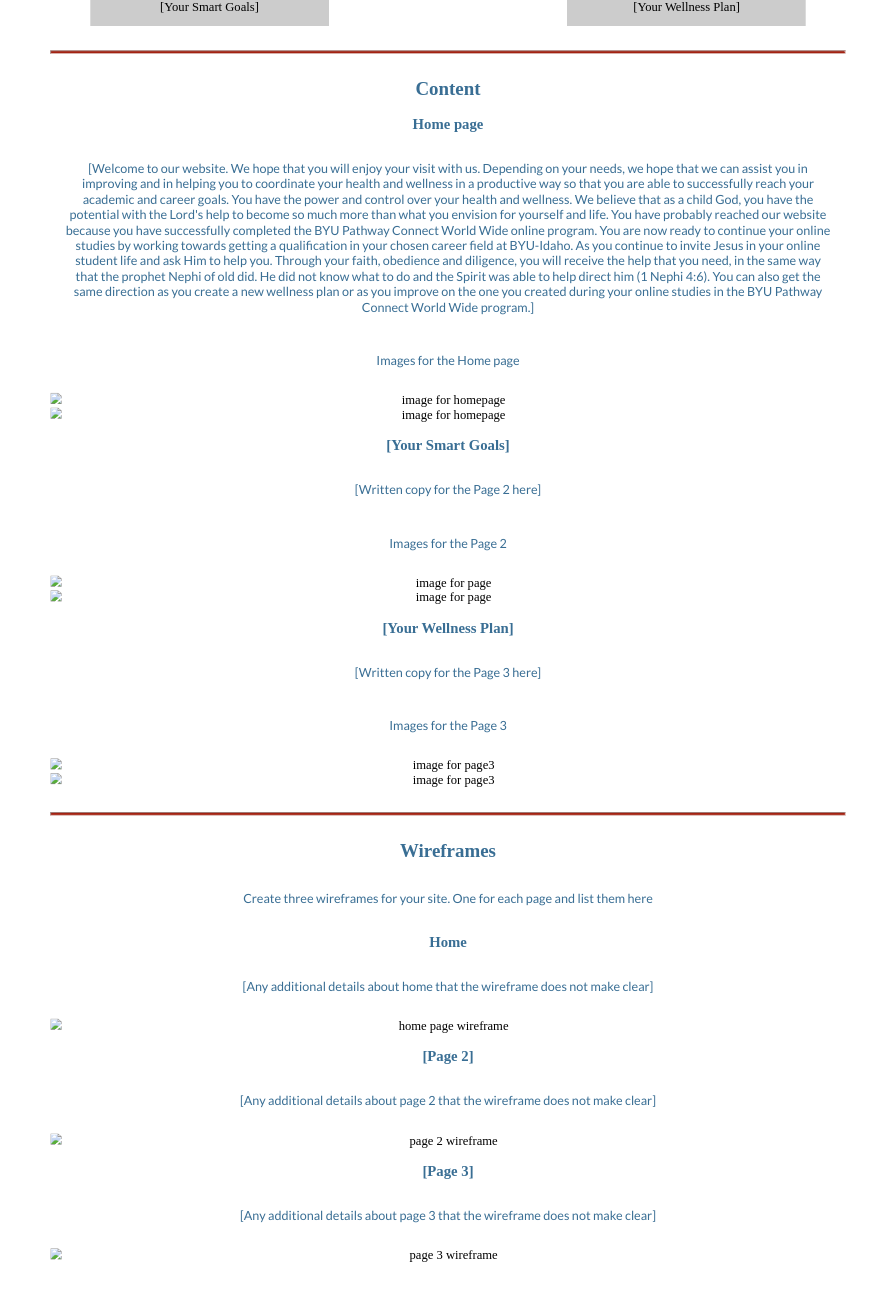
Repository: mszakutumela/wdd130
Page: wellness_plan/site-plan.html
The author's editor kept a copy of each file at every save. The page is drawn from the files as they stood at one save, then again after the next save.
The browser window is 1280 px wide. The pictures show the part of the page from y = 2583 to 4503 px (the page is 4459 px tall before and 4503 px after), at 70% of full size.
Some web fonts or font styles are not loaded; a fallback is used.

Above is the page before, as saved 2023-07-14 22:36:20.

After the next save:
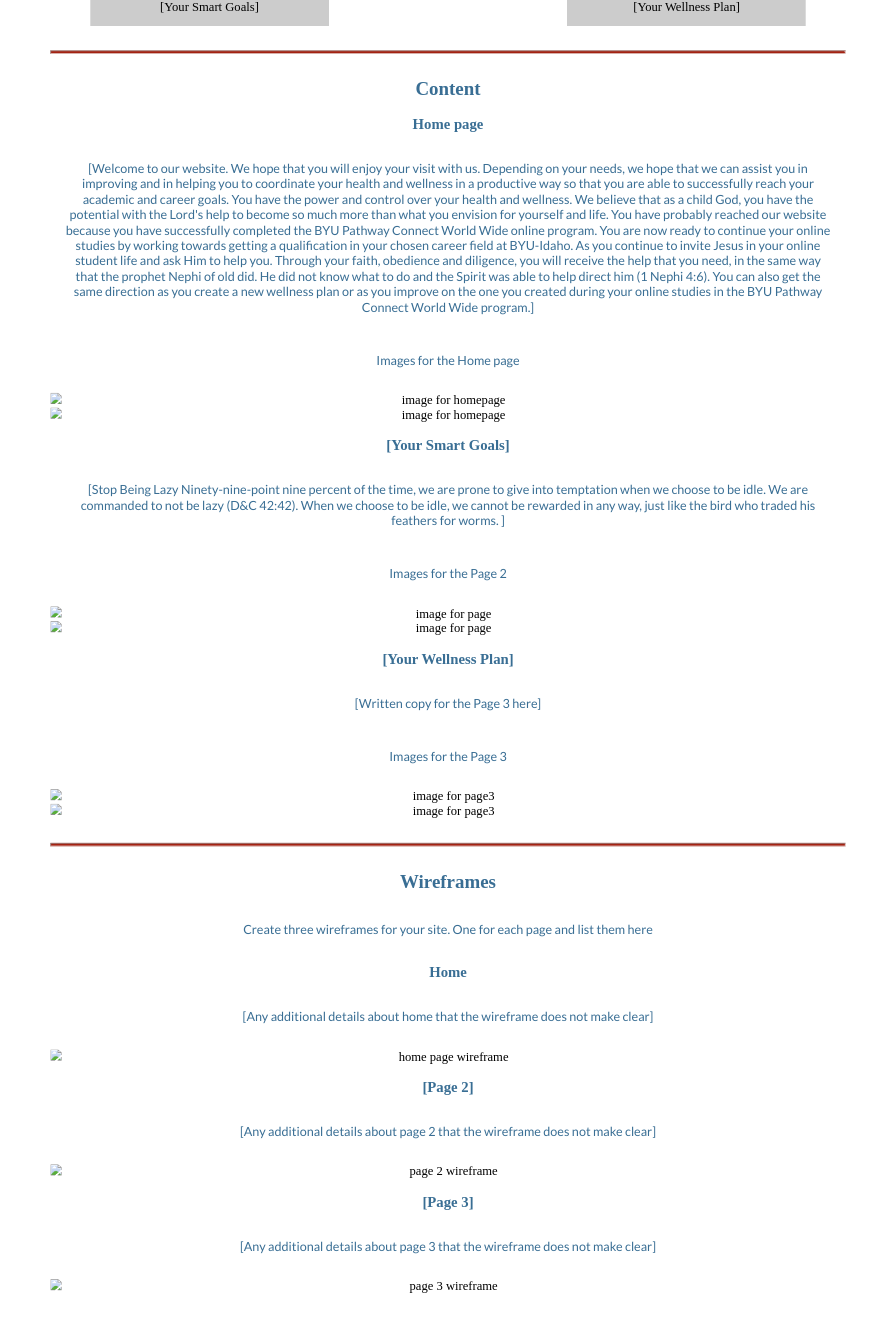
Saved 28 s later.
--- a/wellness_plan/site-plan.html
+++ b/wellness_plan/site-plan.html
@@ -152,7 +152,10 @@
       </ul>
       <h3>[Your Smart Goals]</h3>
       <p>
-        [Written copy for the Page 2 here]
+        [Stop Being Lazy
+
+        Ninety-nine-point nine percent of the time, we are prone to give into temptation when we choose to be idle. We are commanded to not be lazy (D&C 42:42). When we choose to be idle, we cannot be rewarded in any way, just like the bird who traded his feathers for worms.
+        ]
       </p>
       <p>Images for the Page 2</p>
         <img src="#" alt="image for page">
